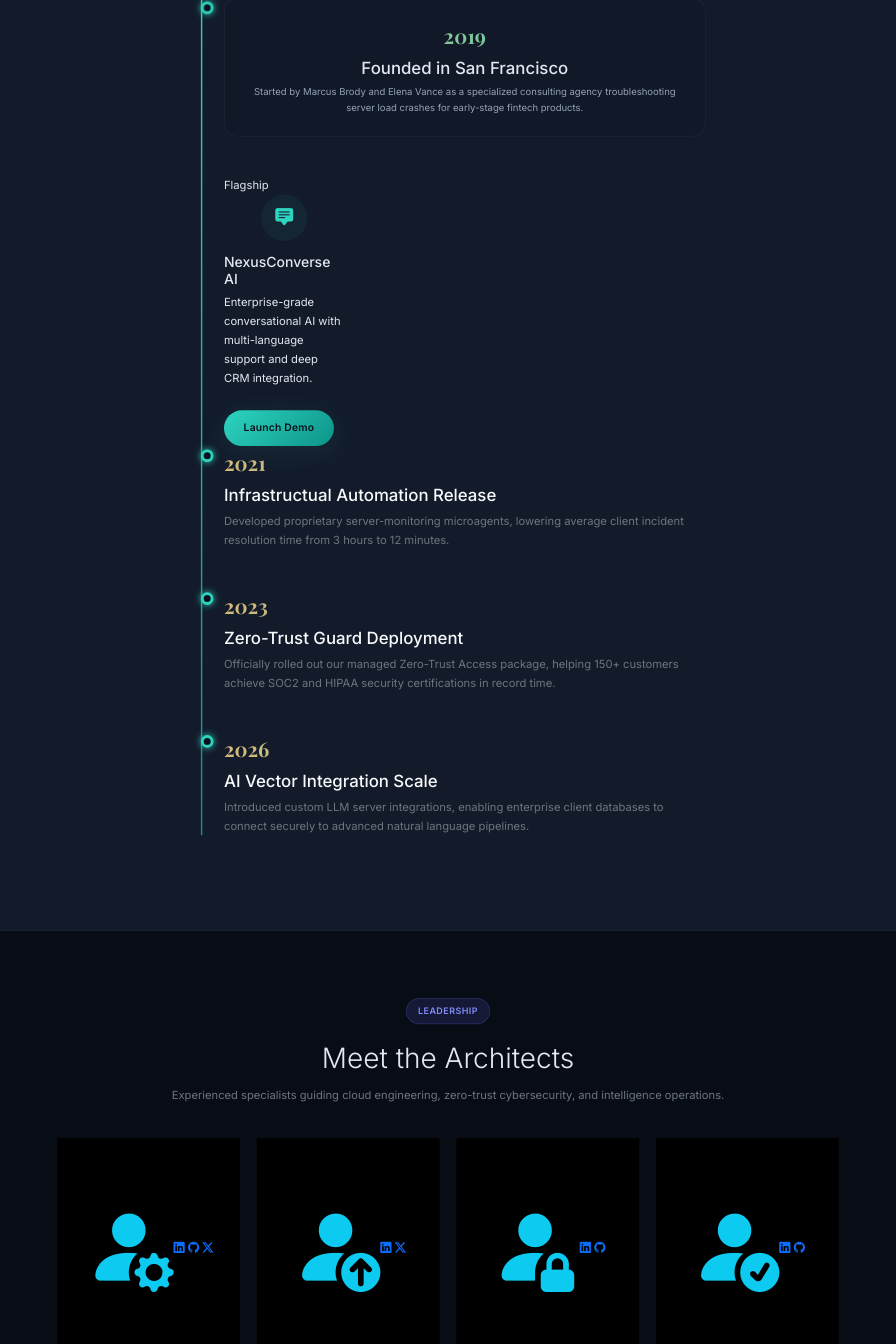
Repository: ruzni-dev/project-showcase
Page: pages/52-IT-Solutions-Website/pages/about.html
These files come from the project's save history. The page is drawn as it stood at one moment and after the next save; the edit follows.
The browser window is 1280 px wide. The pictures show the part of the page from y = 1043 to 2963 px (the page is 3655 px tall before and 3419 px after), at 70% of full size.
Some web fonts or font styles are not loaded; a fallback is used.

Above is the page before, as saved 2026-05-24 22:13:21.

After the next save:
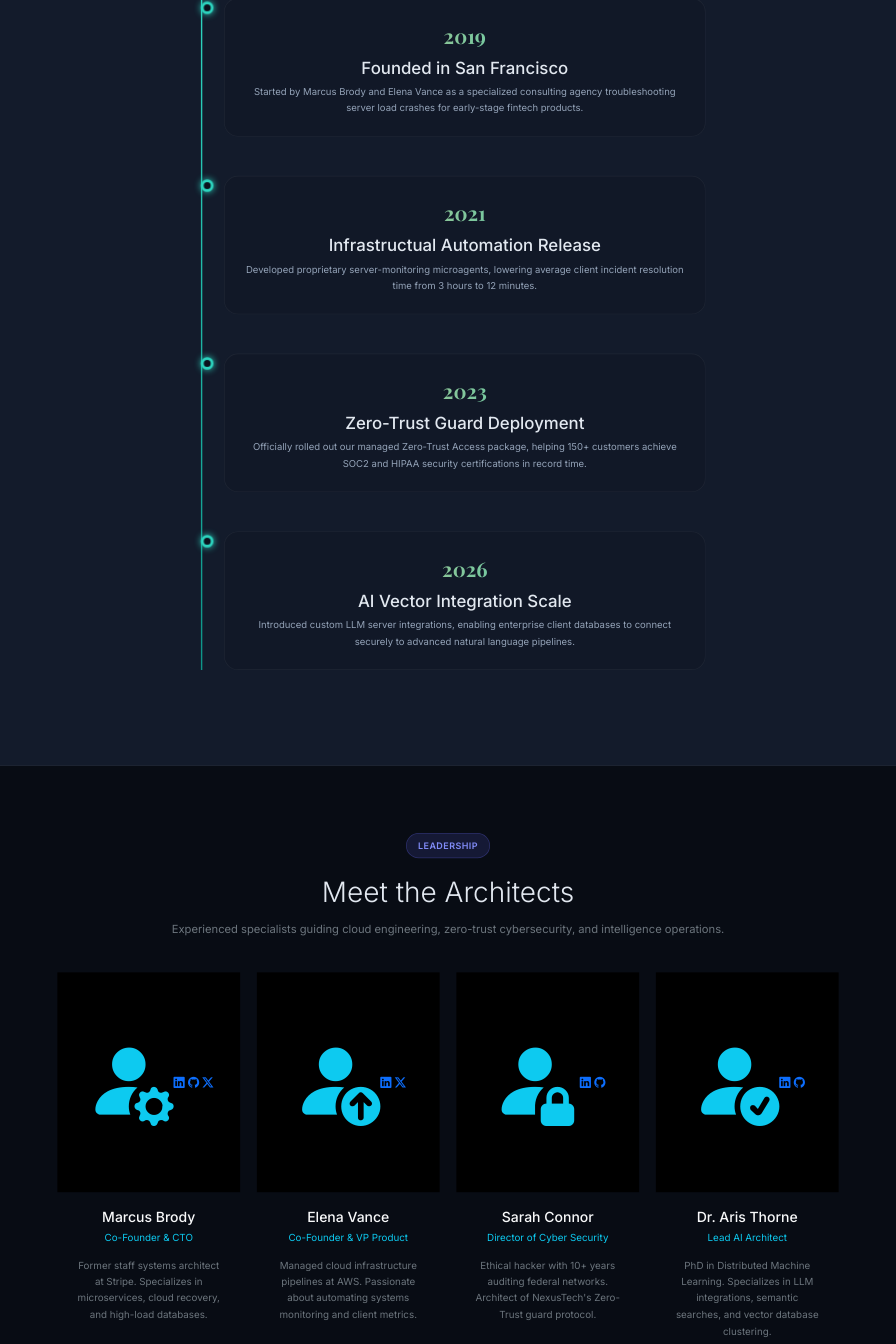
Saved 4 min 54 s later.
--- a/pages/52-IT-Solutions-Website/pages/about.html
+++ b/pages/52-IT-Solutions-Website/pages/about.html
@@ -117,41 +117,35 @@
                                 </p>
                             </div>
                         </div>
-                        <div class="col-md-6 col-lg-3" >
-                            <div >
-                                <span class="tool-badge">Flagship</span>
-                                <div class="ai-tool-icon"><i class="bi bi-chat-square-text-fill"></i></div>
-                                <h5>NexusConverse AI</h5>
-                                <p>Enterprise-grade conversational AI with multi-language support and deep CRM integration.</p>
-                                <button class="btn-teal btn-sm mt-3" onclick="openChatDemo()">Launch Demo</button>
-                            </div>
-                        </div>
-
-                        <div class="timeline-item">
+                        <div class="timeline-item" data-aos="zoom-in" data-aos-delay="100">
                             <div class="timeline-dot"></div>
-                            <div class="timeline-year">2021</div>
-                            <h4 class="text-light">Infrastructual Automation Release</h4>
-                            <p class="text-secondary">
-                                Developed proprietary server-monitoring microagents, lowering average client incident resolution time from 3 hours to 12 minutes.
-                            </p>
-                        </div>
-
-                        <div class="timeline-item">
+                            <div class="ai-tool-card-premium">
+                                <div class="timeline-year">2021</div>
+                                <h4>Infrastructual Automation Release</h4>
+                                <p>
+                                    Developed proprietary server-monitoring microagents, lowering average client incident resolution time from 3 hours to 12 minutes.
+                                </p>
+                            </div>
+                        </div>
+                        <div class="timeline-item" data-aos="zoom-in" data-aos-delay="200">
                             <div class="timeline-dot"></div>
-                            <div class="timeline-year">2023</div>
-                            <h4 class="text-light">Zero-Trust Guard Deployment</h4>
-                            <p class="text-secondary">
-                                Officially rolled out our managed Zero-Trust Access package, helping 150+ customers achieve SOC2 and HIPAA security certifications in record time.
-                            </p>
-                        </div>
-
-                        <div class="timeline-item">
+                            <div class="ai-tool-card-premium">
+                                <div class="timeline-year">2023</div>
+                                <h4>Zero-Trust Guard Deployment</h4>
+                                <p>
+                                    Officially rolled out our managed Zero-Trust Access package, helping 150+ customers achieve SOC2 and HIPAA security certifications in record time.
+                                </p>
+                            </div>
+                        </div>
+                        <div class="timeline-item" data-aos="zoom-in" data-aos-delay="300">
                             <div class="timeline-dot"></div>
-                            <div class="timeline-year">2026</div>
-                            <h4 class="text-light">AI Vector Integration Scale</h4>
-                            <p class="text-secondary">
-                                Introduced custom LLM server integrations, enabling enterprise client databases to connect securely to advanced natural language pipelines.
-                            </p>
+                            <div class="ai-tool-card-premium">
+                                <div class="timeline-year">2026</div>
+                                <h4>AI Vector Integration Scale</h4>
+                                <p>
+                                    Introduced custom LLM server integrations, enabling enterprise client databases to connect securely to advanced natural language pipelines.
+                                </p>
+                            </div>
                         </div>
 
                     </div>
